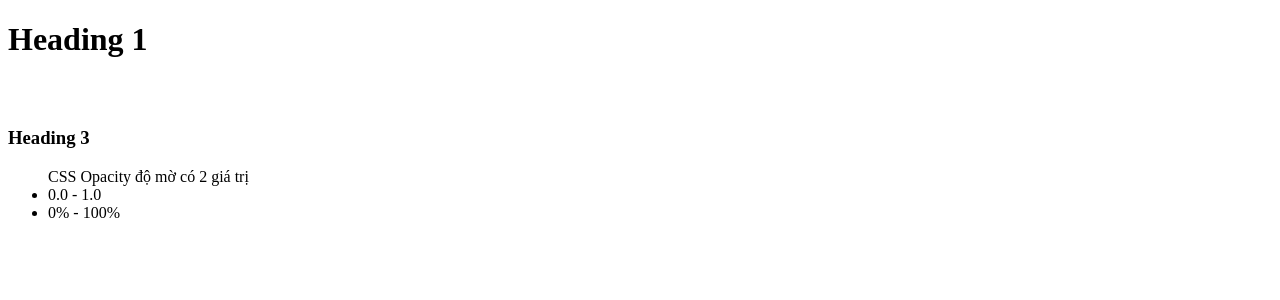
Repository: phanvu0103/HTML-CSS
Page: CSS_23_Thẻ-Inline_và_Thẻ_block/05_CSS-thuộc-tính-Opacity-làm-mờ-màu-chữ/index.html
These files come from the project's save history. The page is drawn as it stood at one moment and after the next save; the edit follows.
The browser window is 1280 px wide. The pictures show the whole page.

Above is the page before, as saved 2022-10-18 12:49:43.

After the next save:
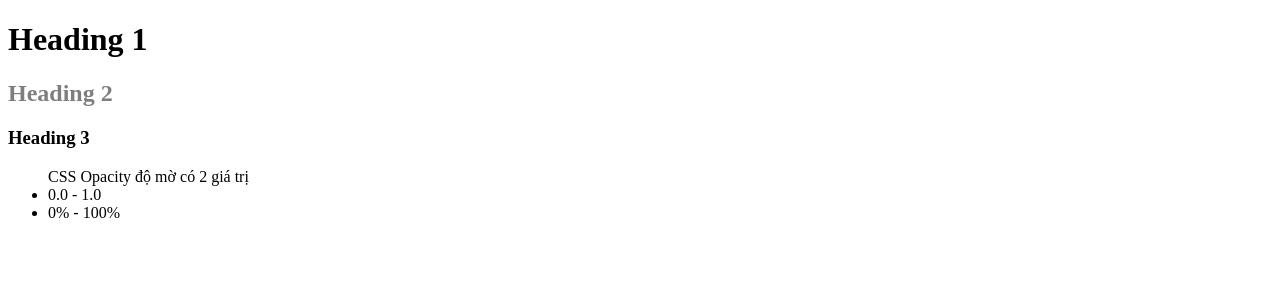
Saved 22 s later.
--- a/CSS_23_Thẻ-Inline_và_Thẻ_block/05_CSS-thuộc-tính-Opacity-làm-mờ-màu-chữ/style.css
+++ b/CSS_23_Thẻ-Inline_và_Thẻ_block/05_CSS-thuộc-tính-Opacity-làm-mờ-màu-chữ/style.css
@@ -1,3 +1,3 @@
 h2 {
-  opacity: 0;
+  opacity: 0.5;
 }
